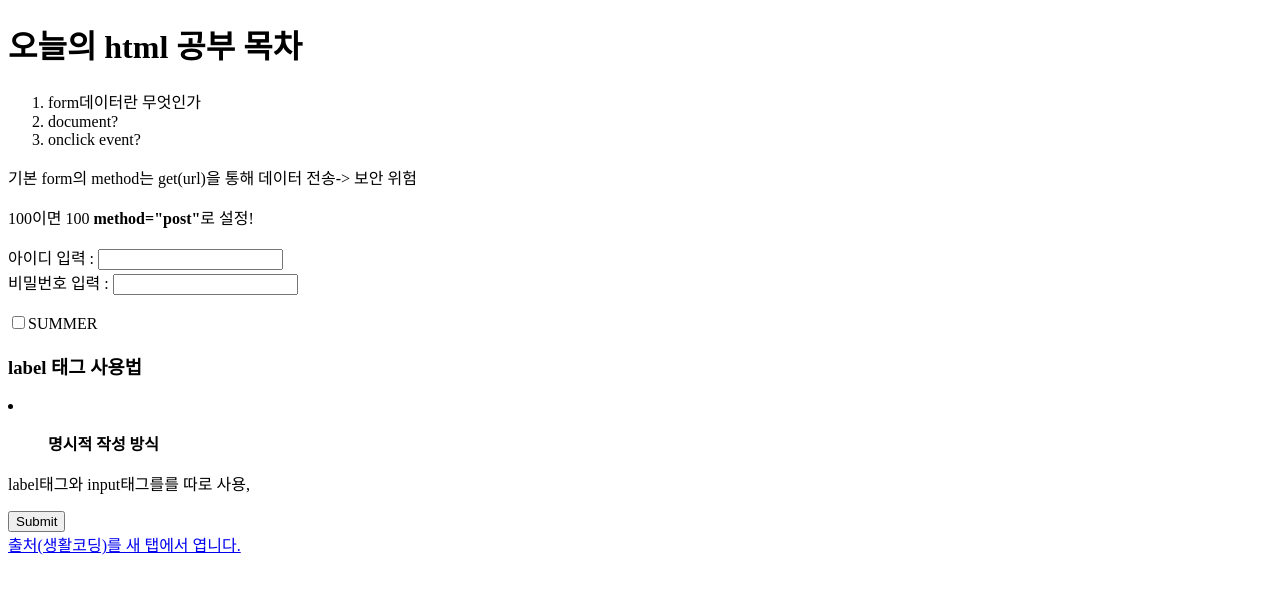
Repository: PareutPareut/frontend
Page: markDowns/study1129.html
An editor plug-in stored every save of this project. The page is shown before and after the next save, followed by the edit.
The browser window is 1280 px wide. The pictures show the whole page.

Above is the page before, as saved 2023-11-29 15:05:13.

After the next save:
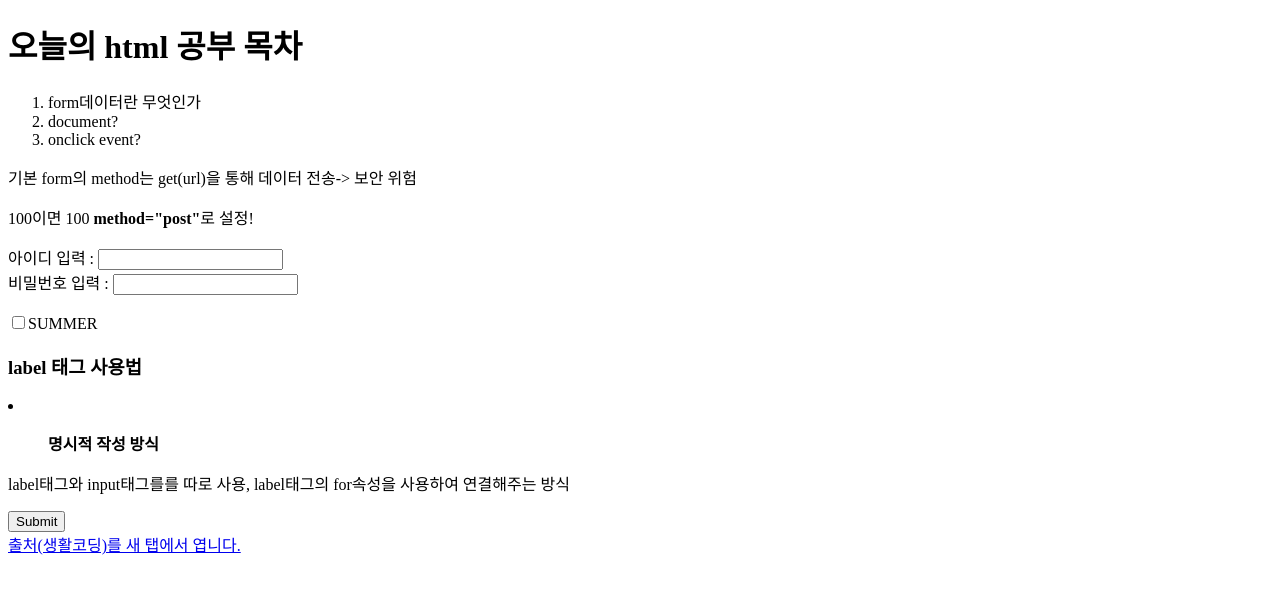
Saved 14 s later.
--- a/markDowns/study1129.html
+++ b/markDowns/study1129.html
@@ -40,7 +40,7 @@
                 <h3>label 태그 사용법</h3>
                 <li>
                     <ul><strong>명시적 작성 방식</strong></ul>
-                    <p>label태그와 input태그를를 따로 사용, </p>
+                    <p>label태그와 input태그를를 따로 사용, label태그의 for속성을 사용하여 연결해주는 방식</p>
                 </li>
             </div>
 
